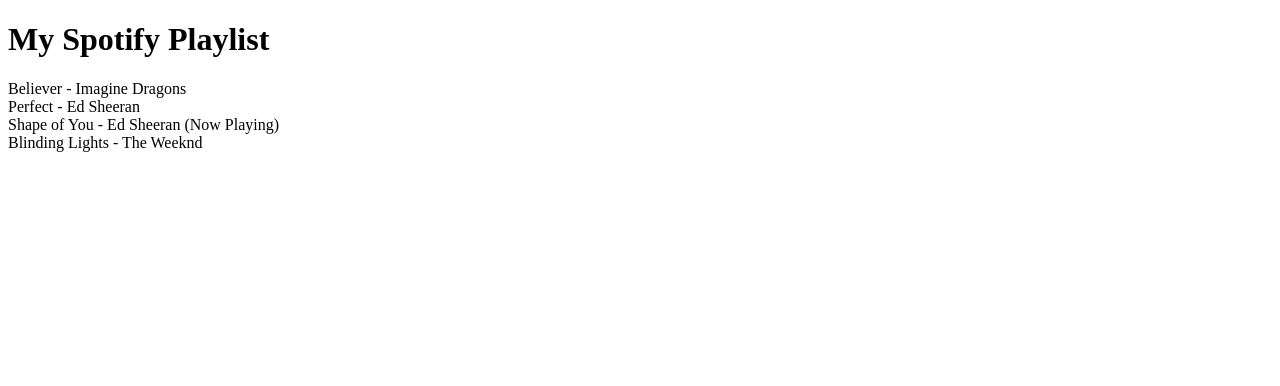
Repository: avishahir4812-crypto/Web-Development-Assignment
Page: session 5/task 4.html
An editor plug-in stored every save of this project. The page is shown before and after the next save, followed by the edit.
The browser window is 1280 px wide. The pictures show the whole page.

Above is the page before, as saved 2026-06-29 09:45:27.

After the next save:
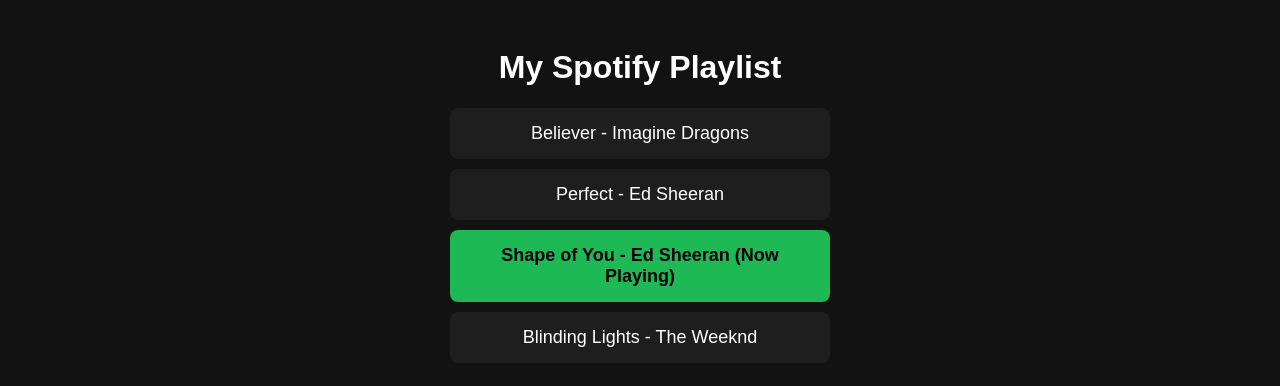
Saved 18 s later.
--- a/session 5/style.css
+++ b/session 5/style.css
@@ -13,3 +13,26 @@
 button:hover{
     background-color: #e1e7e1;
 }
+body{
+    font-family: Arial, sans-serif;
+    background-color: #121212;
+    color: white;
+    text-align: center;
+    padding: 20px;
+}
+
+.playlist-item{
+    background-color: #1e1e1e;
+    color: white;
+    padding: 15px;
+    margin: 10px auto;
+    width: 350px;
+    border-radius: 8px;
+    font-size: 18px;
+}
+
+#now-playing{
+    background-color: #1DB954;
+    color: black;
+    font-weight: bold;
+}
